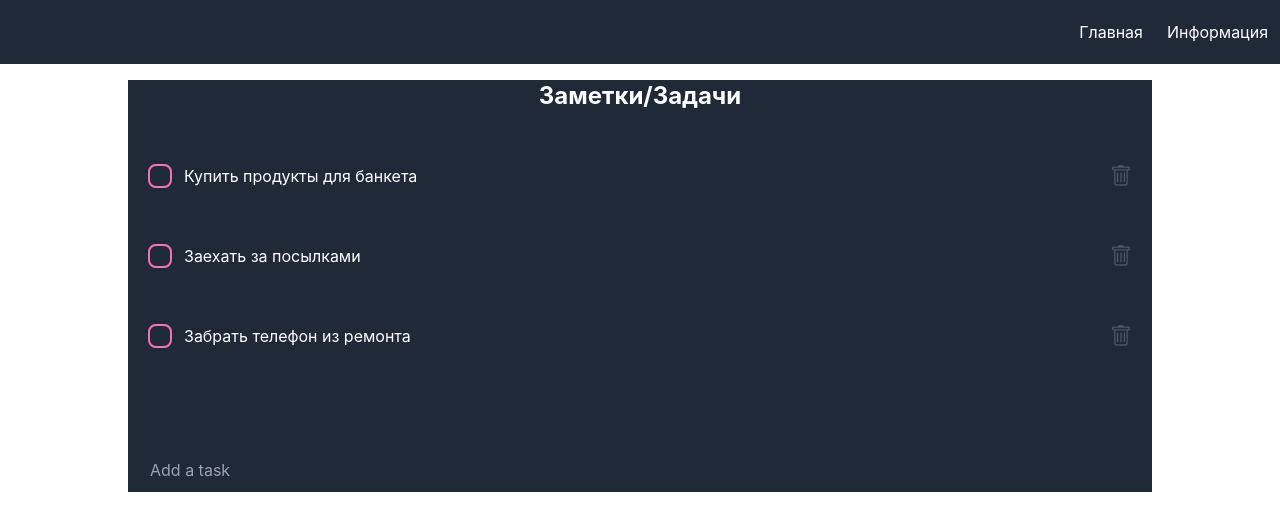
Repository: VachArt/react-exam-work
Page: /
These files come from the project's save history. The page is drawn as it stood at one moment and after the next save; the edit follows.
The browser window is 1280 px wide. The pictures show the whole page.
The project was rebuilt for these pictures with package versions that can differ from the ones it lists, and the page was loaded fresh each time. Also part of the build but not shown: src/components/pages/About/About.jsx.

Above is the page before, as saved 2022-04-27 23:36:37.

After the next save:
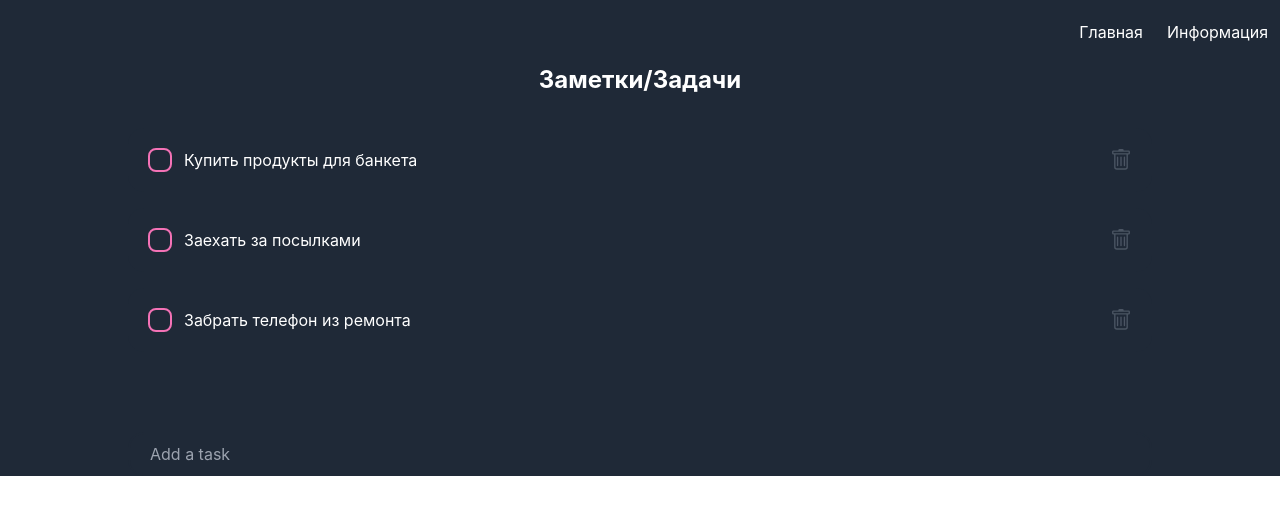
Saved 22 s later.
--- a/src/App.jsx
+++ b/src/App.jsx
@@ -12,7 +12,7 @@ function App() {
     return (
             <BrowserRouter>
                 <Navbar />
-                    <div className='container pt-4'>
+                    <div className='bg-gray-800'>
                         <Routes>
                             <Route path='/' exact element={<Home />} />
                             <Route path='/about' element={<About />} />
